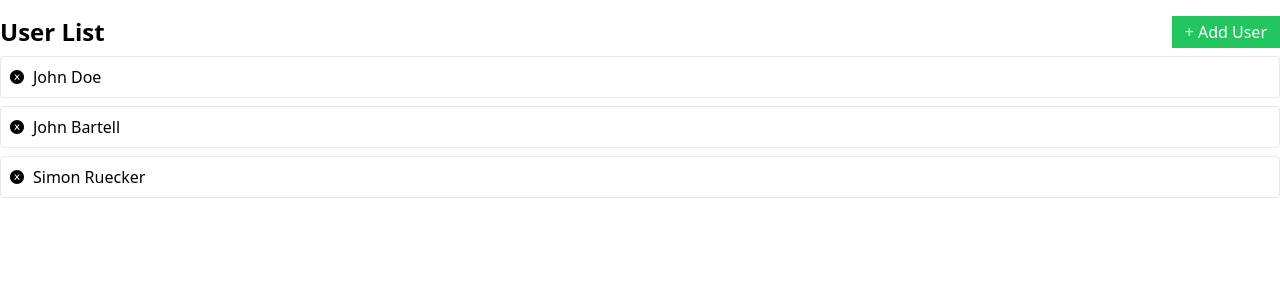
Repository: Marhamat92/users-app-redux-thunk-and-query
Page: /
An editor plug-in stored every save of this project. The page is shown before and after the next save, followed by the edit.
The browser window is 1280 px wide. The pictures show the whole page.
The project was rebuilt for these pictures with package versions that can differ from the ones it lists, and the page was loaded fresh each time. Requests to the local data server were answered from the project's data file.

Above is the page before, as saved 2023-01-31 18:46:25.

After the next save:
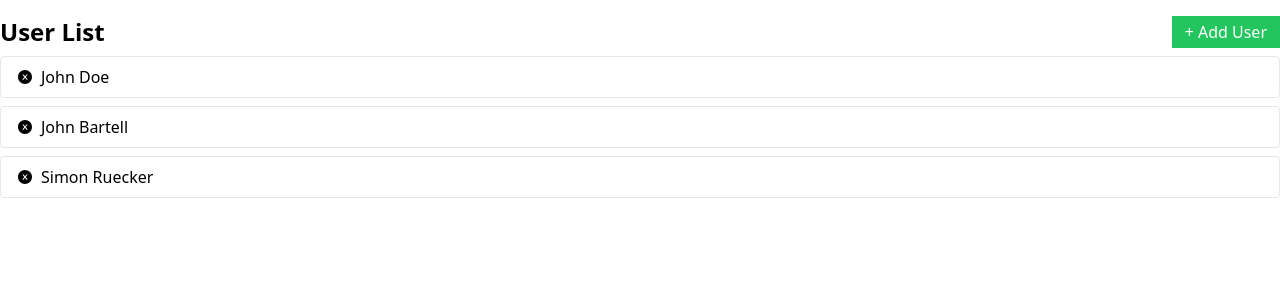
Saved 4 s later.
--- a/src/components/UsersListItem.js
+++ b/src/components/UsersListItem.js
@@ -4,7 +4,7 @@ import { AiFillCloseCircle } from "react-icons/ai";
 
 function UsersListItem({ user }) {
   return (
-    <div className='mb-2 mt-2 border rounded flex items-center pl-2'>
+    <div className='mb-2 mt-2 border rounded flex items-center pl-4'>
       <AiFillCloseCircle />
       <div className='flex p-2 justify-between items-center cursor-pointer' >{user.name}</div>
     </div>
